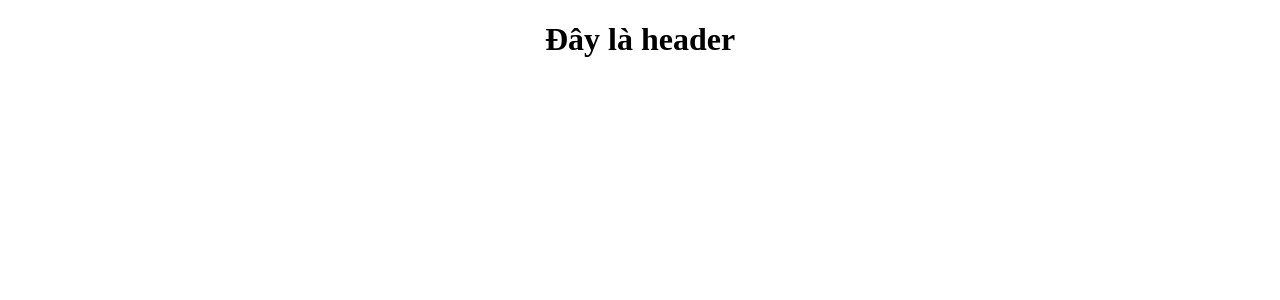
Repository: tranky1992/tranky1992.github.io
Page: http://localhost/BookStoreWebsite/
An editor plug-in stored every save of this project. The page is shown before and after the next save, followed by the edit.
The browser window is 1280 px wide. The pictures show the whole page.
The page is served by Tomcat 9. Other server files are loaded and not shown.

Above is the page before, as saved 2020-10-01 08:59:18.

### BookStoreWebsite/WebContent/frontend/index.jsp
<%@ page language="java" contentType="text/html; charset=UTF-8" pageEncoding="UTF-8"%>
<!DOCTYPE html PUBLIC "-//W3C//DTD HTML 4.01 Transitional//EN" "http://www.w3.org/TR/html4/loose.dtd">
<html>
<head>
<meta http-equiv="Content-Type" content="text/html; charset=UTF-8">
<title>STB Books - Online Books Store	</title>
</head>
<body>
	<div align="center">
		<h1>Đây là header</h1>
	</div>
</body>
</html>

### BookStoreWebsite/src/com/bookstore/controller/frontend/HomeServlet.java
package com.bookstore.controller.frontend;

import java.io.IOException;

import javax.servlet.RequestDispatcher;
import javax.servlet.ServletException;
import javax.servlet.annotation.WebServlet;
import javax.servlet.http.HttpServlet;
import javax.servlet.http.HttpServletRequest;
import javax.servlet.http.HttpServletResponse;


@WebServlet("")
public class HomeServlet extends HttpServlet {
	private static final long serialVersionUID = 1L;

    public HomeServlet() {
        super();

    }


	protected void doGet(HttpServletRequest request, HttpServletResponse response) throws ServletException, IOException {
		String homepage = "frontend/index.jsp";
		RequestDispatcher dispatcher = request.getRequestDispatcher(homepage);
		dispatcher.forward(request, response);
	}


}

After the next save:
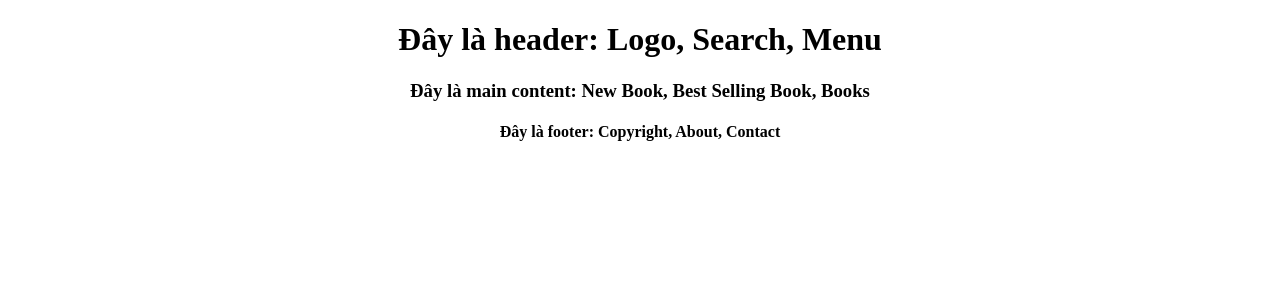
Saved 4 min 27 s later.
--- a/BookStoreWebsite/WebContent/frontend/index.jsp
+++ b/BookStoreWebsite/WebContent/frontend/index.jsp
@@ -7,7 +7,15 @@
 </head>
 <body>
 	<div align="center">
-		<h1>Đây là header</h1>
+		<h1>Đây là header: Logo, Search, Menu</h1>
+	</div>
+	<div align="center">
+		<h3>Đây là main content: New Book, Best Selling Book, Books</h3>
+	</div>
+	<div align="center">
+		<h4>
+			Đây là footer: Copyright, About, Contact
+		</h4>
 	</div>
 </body>
 </html>
